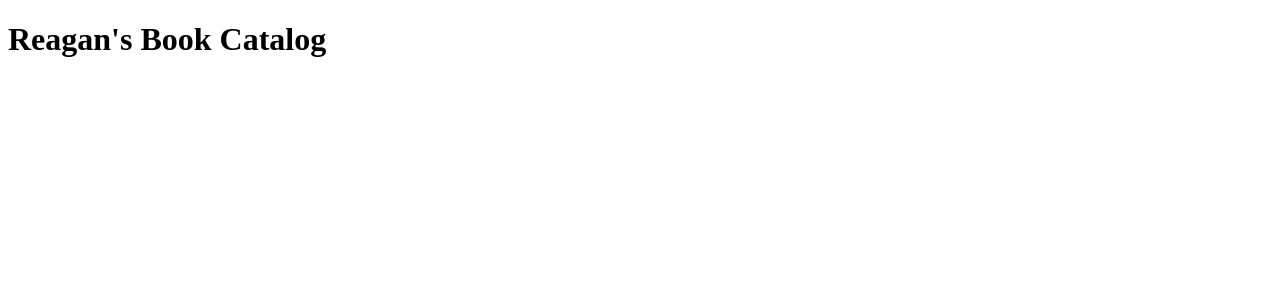
Repository: antyc0817/COMP-3170-Assignment-2-Reagan
Page: /
The author's editor kept a copy of each file at every save. The page is drawn from the files as they stood at one save, then again after the next save.
The browser window is 1280 px wide. The pictures show the whole page.
The project was rebuilt for these pictures with package versions that can differ from the ones it lists, and the page was loaded fresh each time. Also part of the build but not shown: vite.config.js, src/index.css.

Above is the page before, as saved 2025-09-09 16:56:27.

### index.html
<!DOCTYPE html>
<html lang="en">
    <head>
        <meta charset="UTF-8" />
        <meta
            name="viewport"
            content="width=device-width, initial-scale=1.0" />
        <title>Reagan's Book Catalog</title>
    </head>
    <body>
        <div id="root"></div>
        <script
            type="module"
            src="/src/main.jsx"></script>
    </body>
</html>

### src/App.jsx
function App() {
    return (
        <div>
            <header>
                <h1>Reagan's Book Catalog</h1>
            </header>
        </div>
    );
}

export default App;

Loaded but not shown: src/main.jsx (common file)

After the next save:
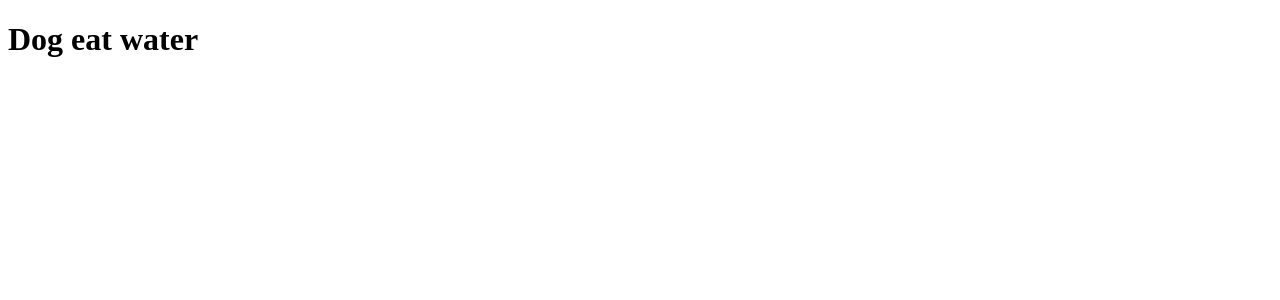
Saved 18 s later.
--- a/src/App.jsx
+++ b/src/App.jsx
@@ -2,7 +2,7 @@ function App() {
     return (
         <div>
             <header>
-                <h1>Reagan's Book Catalog</h1>
+                <h1>Dog eat water</h1>
             </header>
         </div>
     );
